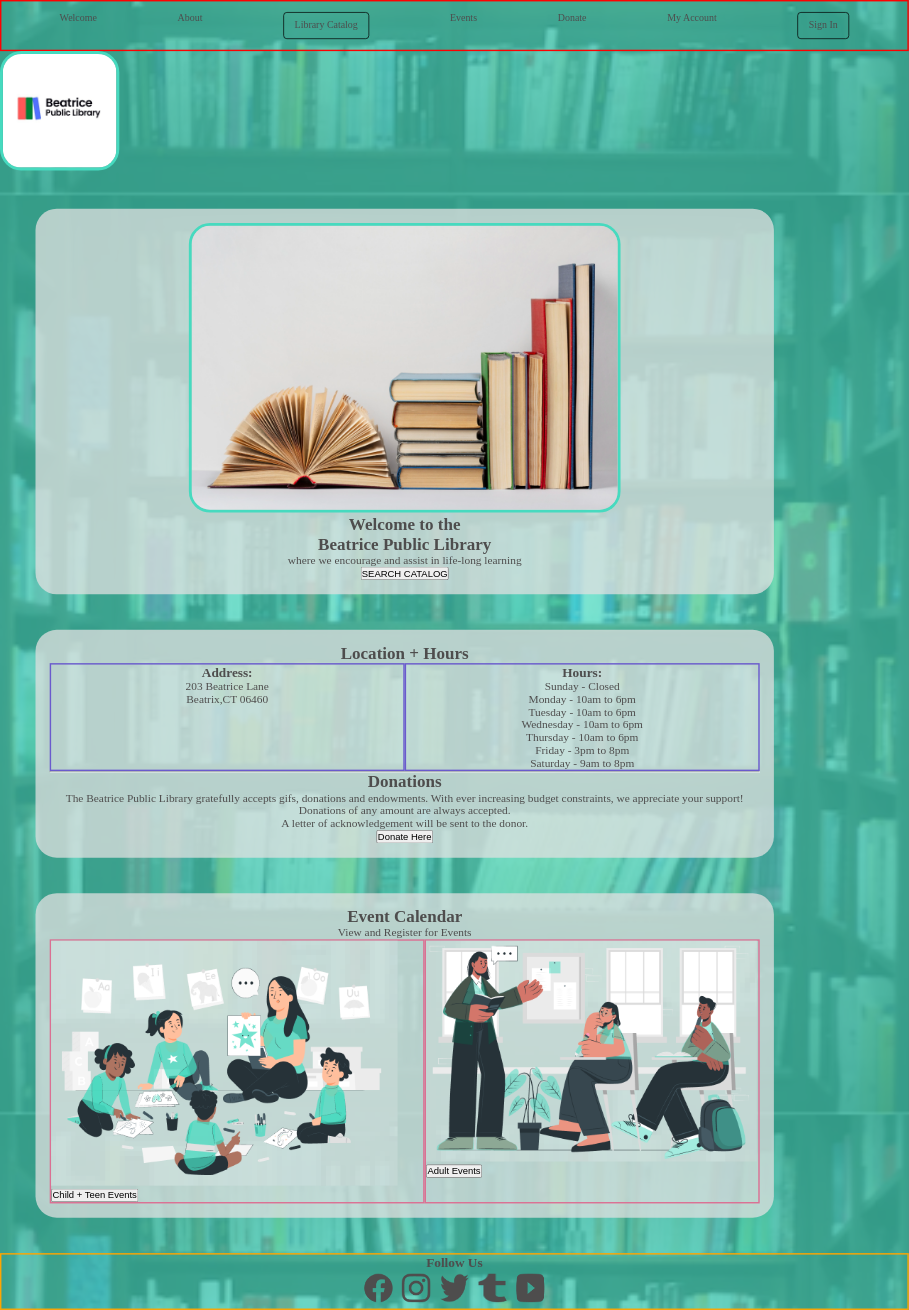
Repository: cokoduwa/RA-Wk5-Library
Page: index.html
The author's editor kept a copy of each file at every save. The page is drawn from the files as they stood at one save, then again after the next save.
The browser window is 1280 px wide. The pictures show the whole page, at 71% of full size.

Above is the page before, as saved 2023-01-19 11:11:02.

After the next save:
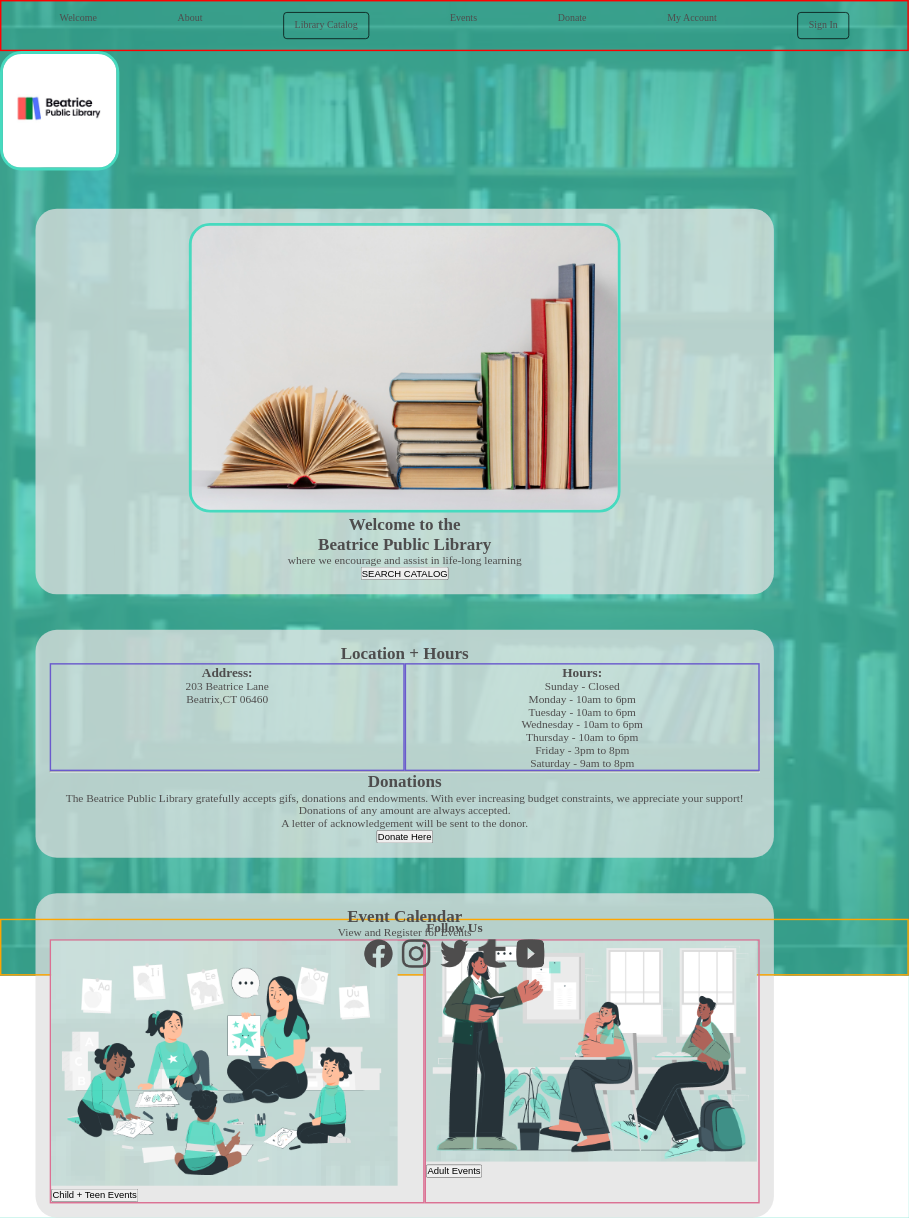
Saved 23 s later.
--- a/index.css
+++ b/index.css
@@ -60,6 +60,7 @@
 
 .sections {
     width: 1000px;
+    height: 1000px;
 }
 
 /****** Homepage CSS ******/

After the save that followed:
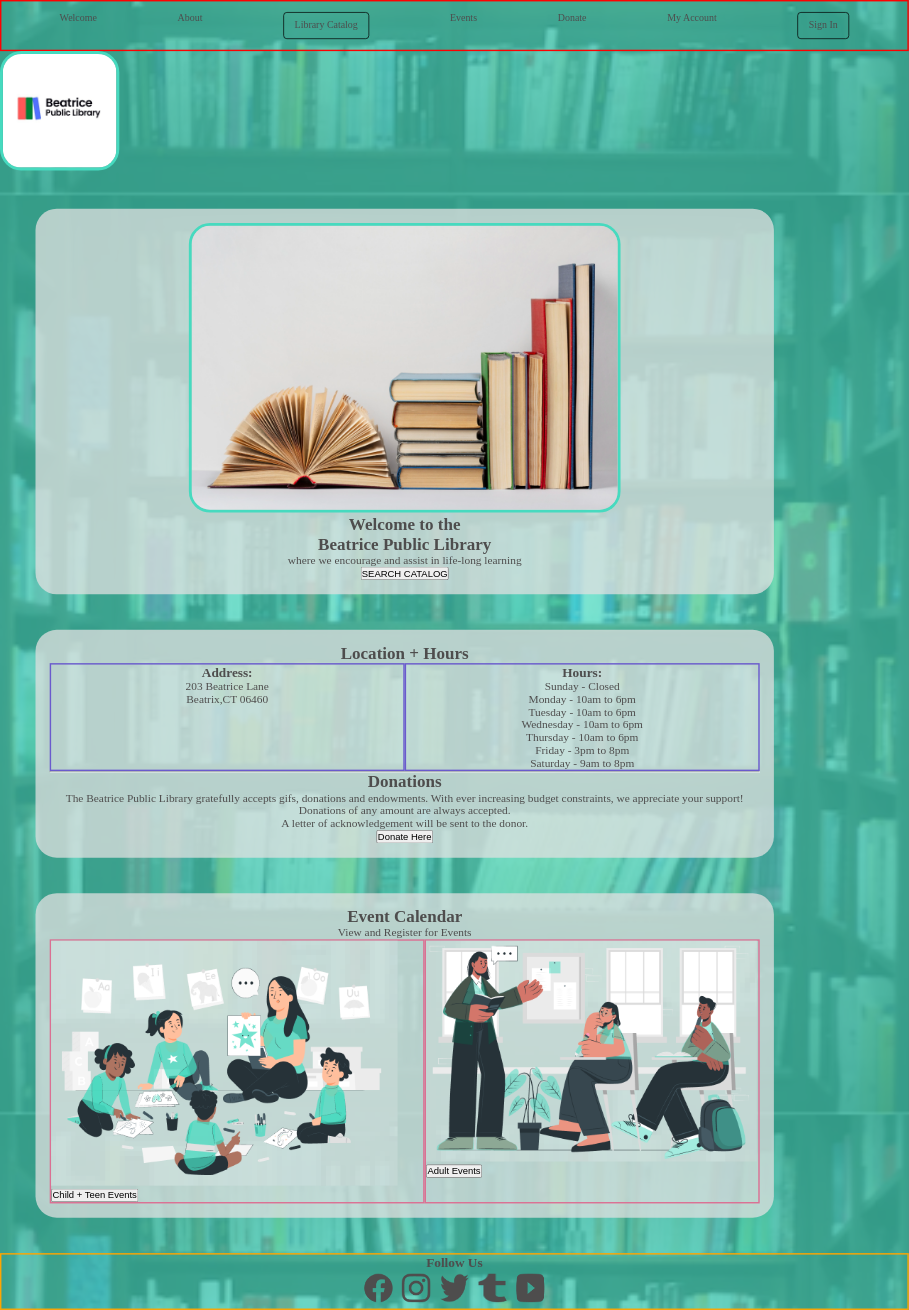
Saved 16 s later.
--- a/index.css
+++ b/index.css
@@ -60,7 +60,6 @@
 
 .sections {
     width: 1000px;
-    height: 1000px;
 }
 
 /****** Homepage CSS ******/
